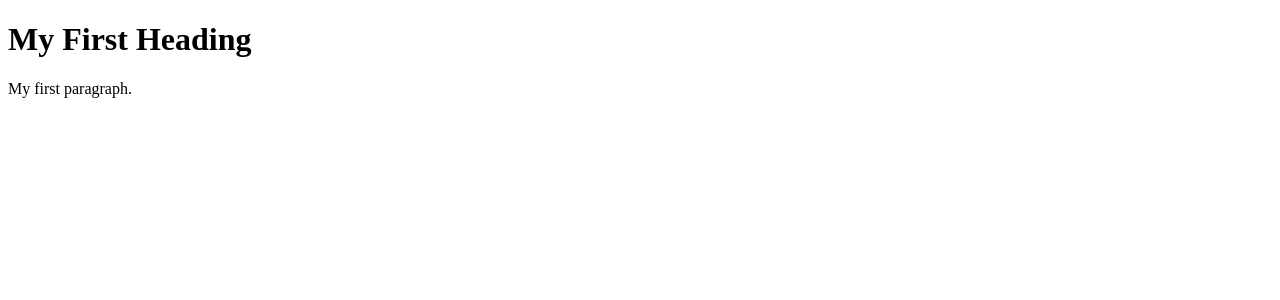
Repository: meganclapinski/meganclapinski.github.io
Page: index.html
The author's editor kept a record of every edit. The page is drawn from the files as they stood at one moment, then again after the next edit.
The browser window is 1280 px wide. The pictures show the whole page.

Above is the page before.

### index.html
<!DOCTYPE html>
<html>
<head>
    <title>Page Title</title>
</head>
<body>

    <h1>My First Heading</h1>
    <p>My first paragraph.</p>

</body>
</html>

After the next edit:
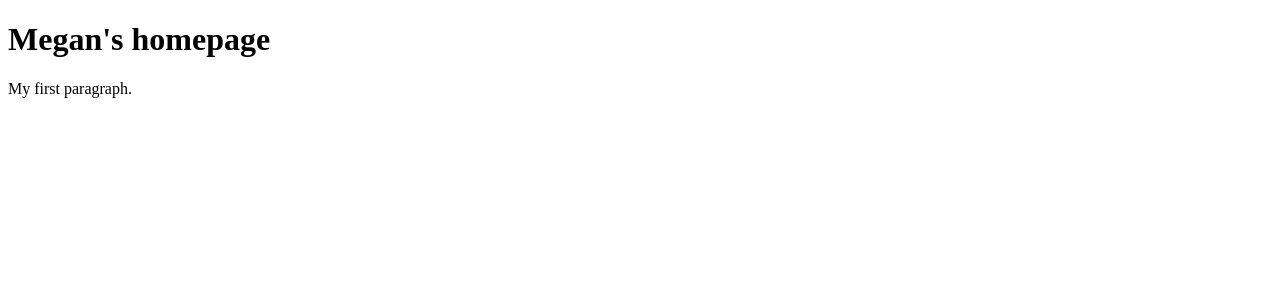
The edit:
--- a/index.html
+++ b/index.html
@@ -5,7 +5,7 @@
 </head>
 <body>
 
-    <h1>My First Heading</h1>
+    <h1>Megan's homepage</h1>
     <p>My first paragraph.</p>
 
 </body>
